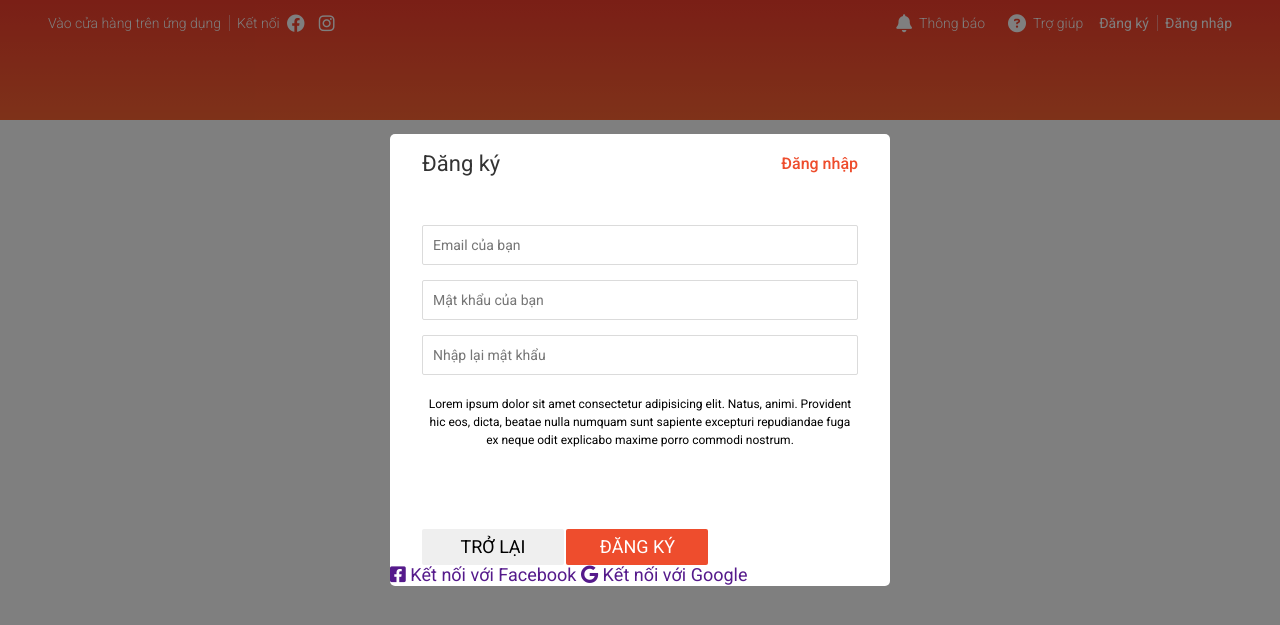
Repository: dptuyen1/F8-Tutorial
Page: index.html
The author's editor kept a copy of each file at every save. The page is drawn from the files as they stood at one save, then again after the next save.
The browser window is 1280 px wide. The pictures show the whole page.

Above is the page before, as saved 2023-05-08 17:13:43.

### index.html
<!DOCTYPE html>
<html lang="en">
  <head>
    <meta charset="UTF-8" />
    <meta http-equiv="X-UA-Compatible" content="IE=edge" />
    <meta name="viewport" content="width=device-width, initial-scale=1.0" />
    <title>Document</title>
    <link
      rel="stylesheet"
      href="https://cdnjs.cloudflare.com/ajax/libs/normalize/8.0.1/normalize.min.css"
      integrity="sha512-NhSC1YmyruXifcj/KFRWoC561YpHpc5Jtzgvbuzx5VozKpWvQ+4nXhPdFgmx8xqexRcpAglTj9sIBWINXa8x5w=="
      crossorigin="anonymous"
      referrerpolicy="no-referrer"
    />
    <link rel="stylesheet" href="assets/css/base.css" />
    <link rel="stylesheet" href="assets/css/main.css" />
    <link
      rel="stylesheet"
      href="assets/fonts/fontawesome-free-6.4.0-web/css/all.min.css"
    />
    <link rel="preconnect" href="https://fonts.googleapis.com" />
    <link rel="preconnect" href="https://fonts.gstatic.com" crossorigin />
    <link
      href="https://fonts.googleapis.com/css2?family=Roboto:wght@300;400;500;700&display=swap"
      rel="stylesheet"
    />
  </head>

  <body>
    <div class="app">
      <header class="header">
        <div class="grid">
          <nav class="header__navbar">
            <ul class="header__navbar-list">
              <li
                class="header__navbar-item header__navbar-item-has-qr header__navbar-item-separate"
              >
                Vào cửa hàng trên ứng dụng
                <div class="header__qr">
                  <img
                    src="assets/img/qr_code.png"
                    alt="QR Cođe"
                    class="header__qr-img"
                  />
                  <div class="header__qr-apps">
                    <a href="" class="header__qr-link">
                      <img
                        src="assets/img/google_play.png"
                        alt="Google Play"
                        class="header__qr-download-img"
                      />
                    </a>
                    <a href="" class="header__qr-link">
                      <img
                        src="assets/img/app_store.png"
                        alt="App Store"
                        class="header__qr-download-img"
                      />
                    </a>
                  </div>
                </div>
              </li>
              <li class="header__navbar-item">
                <span class="header__navbar-title-no-pointer">Kết nối</span>
                <a href="" class="header__navbar-icon-link">
                  <i class="header__navbar-icon fa-brands fa-facebook"></i>
                </a>
                <a href="" class="header__navbar-icon-link">
                  <i class="header__navbar-icon fa-brands fa-instagram"></i>
                </a>
              </li>
            </ul>
            <ul class="header__navbar-list">
              <li class="header__navbar-item header__navbar-item--has-notify">
                <a href="" class="header__navbar-item-link">
                  <a href="" class="header__navbar-icon-link">
                    <i class="header__navbar-icon fa-solid fa-bell"></i> </a
                  >Thông báo
                </a>
                <div class="header__notify">
                  <header class="header__notify-header">
                    <h3>Thông báo mới nhận</h3>
                  </header>
                  <ul class="header__notify-list">
                    <li class="header__notify-item">
                      <a href="" class="header_notify-link">
                        <img
                          src="assets/img/comestic.jpg"
                          alt=""
                          class="header__notify-img"
                        />
                        <div class="header__notify-info">
                          <span class="header_notify-name"
                            >Mỹ phẩm Ohui chính hãng</span
                          >
                          <span class="header__notify-description"
                            >Mô tả mỹ tả Ohui chính hãng</span
                          >
                        </div>
                      </a>
                    </li>
                    <li class="header__notify-item header__notify-item--read">
                      <a href="" class="header_notify-link">
                        <img
                          src="assets/img/comestic.jpg"
                          alt=""
                          class="header__notify-img"
                        />
                        <div class="header__notify-info">
                          <span class="header_notify-name"
                            >Mỹ phẩm Ohui chính hãng</span
                          >
                          <span class="header__notify-description"
                            >Mô tả mỹ tả Ohui chính hãng</span
                          >
                        </div>
                      </a>
                    </li>
                    <li class="header__notify-item">
                      <a href="" class="header_notify-link">
                        <img
                          src="assets/img/comestic.jpg"
                          alt=""
                          class="header__notify-img"
                        />
                        <div class="header__notify-info">
                          <span class="header_notify-name"
                            >Mỹ phẩm Ohui chính hãng</span
                          >
                          <span class="header__notify-description"
                            >Mô tả mỹ tả Ohui chính hãng</span
                          >
                        </div>
                      </a>
                    </li>
                  </ul>
                  <footer class="header__notify-footer">
                    <a href="" class="header__notify-footer-btn">Xem tất cả</a>
                  </footer>
                </div>
              </li>
              <li class="header__navbar-item">
                <a href="" class="header__navbar-item-link">
                  <a href="" class="header__navbar-icon-link">
                    <i
                      class="header__navbar-icon fa-solid fa-circle-question"
                    ></i></a
                  >Trợ giúp
                </a>
              </li>
              <li
                class="header__navbar-item header__navbar-item-bold header__navbar-item-separate"
              >
                Đăng ký
              </li>
              <li class="header__navbar-item header__navbar-item-bold">
                Đăng nhập
              </li>
            </ul>
          </nav>
        </div>
      </header>

      <div class="container"></div>

      <footer class="footer"></footer>
    </div>

    <!-- Modal layout -->
    <div class="modal">
      <div class="modal__overlay"></div>
      <div class="modal__body">
        <div class="modal__inner"></div>

        <!-- Authenticated Form -->
        <form class="auth-form">
          <div class="auth-form__container">
            <div class="auth-form__header">
              <h3 class="auth_form__heading">Đăng ký</h3>
              <span class="auth_form__switch-btn">Đăng nhập</span>
            </div>
            <div class="auth-form__form">
              <div class="auth-form__group">
                <input
                  type="text"
                  class="auth-form__input"
                  placeholder="Email của bạn"
                />
              </div>
              <div class="auth-form__group">
                <input
                  type="password"
                  class="auth-form__input"
                  placeholder="Mật khẩu của bạn"
                />
              </div>
              <div class="auth-form__group">
                <input
                  type="password"
                  class="auth-form__input"
                  placeholder="Nhập lại mật khẩu"
                />
              </div>
            </div>
            <div class="auth-form__aside">
              <p>
                Lorem ipsum dolor sit amet consectetur adipisicing elit. Natus,
                animi. Provident hic eos, dicta, beatae nulla numquam sunt
                sapiente excepturi repudiandae fuga ex neque odit explicabo
                maxime porro commodi nostrum.
              </p>
            </div>
            <div class="auth-form_controls">
              <button class="btn">TRỞ LẠI</button>
              <button class="btn btn--primary">ĐĂNG KÝ</button>
            </div>
          </div>

          <div class="auth-form_socials">
            <a href="" class="btn btn--with-icon">
              <i class="fa-brands fa-square-facebook"></i>
              Kết nối với Facebook
            </a>
            <a href="" class="btn btn--with-icon">
              <i class="fa-brands fa-google"></i>
              Kết nối với Google
            </a>
          </div>
        </form>
      </div>
    </div>
  </body>
</html>

### assets/css/base.css
:root {
  --primary-color: #ee4d2d;
  --white-color: #fff;
  --black-color: #000;
  --text-color: #333;
  --border-color: #dbdbdb;
}

* {
  box-sizing: inherit;
}

html {
  font-size: 62.5%;
  line-height: 1.6rem;
  font-family: "Roboto", sans-serif;
  box-sizing: border-box;
}

.grid {
  width: 1200px;
  max-width: 100%;
  /* căn giữa */
  margin: 0 auto;
}

.grid__full-width {
  width: 100%;
}

.grid__row {
  display: flex;
  flex-wrap: wrap;
}

/* Modal */
.modal {
  position: fixed;
  top: 0;
  right: 0;
  bottom: 0;
  left: 0;
  display: flex;
}

.modal__overlay {
  position: absolute;
  width: 100%;
  height: 100%;
  background-color: rgba(0, 0, 0, 0.5);
}

.modal__body {
  background-color: var(--white-color);
  margin: auto;
  position: relative;
  z-index: 1;
  border-radius: 5px;
}

.modal__inner {
}

/* Button style */
.btn {
  min-width: 142px;
  height: 36px;
  text-decoration: none;
  border: none;
  border-radius: 2px;
  cursor: pointer;
  font-size: 1.8rem;
}

.btn.btn--primary {
  color: var(--white-color);
  background-color: var(--primary-color);
}

/* Animation */
@keyframes fadeIn {
  from {
    opacity: 0;
  }

  to {
    opacity: 1;
  }
}

@keyframes notifyGrowth {
  from {
    opacity: 0;
    transform: scale(0);
  }

  to {
    opacity: 1;
    transform: scale(1);
  }
}

### assets/css/main.css
.header {
  height: 120px;
  background-image: linear-gradient(0, #fe6433, #f53e2d);
}

.header__navbar {
  display: flex;
  justify-content: space-between;
}

.header__navbar-list {
  list-style: none;
  padding-left: 0;
}

.header__navbar-item {
  margin: 0 8px;
  position: relative;
  min-height: 26px;
}

.header__navbar-item-has-qr:hover .header__qr {
  display: block;
}

.header__navbar-item,
.header__navbar-item-link {
  display: inline-block;
  font-size: 1.4rem;
  color: var(--white-color);
  text-decoration: none;
  font-weight: 300;
}

.header__navbar-list,
.header__navbar-item,
.header__navbar-item-link,
.header__navbar-icon-link {
  display: inline-flex;
  align-items: center;
}

.header__navbar-item:hover,
.header__navbar-item-link:hover,
.header__navbar-icon-link:hover {
  color: rgba(255, 255, 255, 0.5);
  cursor: pointer;
}

.header__navbar-item--has-notify:hover .header__notify {
  display: block;
}

.header__navbar-item-bold {
  font-weight: 400;
}

.header__navbar-item-separate::after {
  content: "";
  display: block;
  position: absolute;
  border-left: 1px solid #fb9086;
  height: 16px;
  right: -9px;
  top: 50%;
  transform: translateY(-50%);
}

.header__navbar-icon-link {
  color: var(--white-color);
  text-decoration: none;
}

.header__navbar-icon {
  font-size: 1.8rem;
  margin: 0 7px;
}

.header__navbar-title-no-pointer {
  cursor: text;
  color: var(--white-color);
}

/* Header QR Code  */
.header__qr {
  width: 185px;
  background-color: var(--white-color);
  position: absolute;
  left: 0;
  /* cao bằng thẻ chứa nó */
  top: 150%;
  padding: 8px;
  border-radius: 2px;
  display: none;
  animation: fadeIn ease-in 0.5s;
}

.header__qr::before {
  content: "";
  display: block;
  position: absolute;
  width: 100%;
  height: 20px;
  left: 0;
  top: -20px;
}

.header__qr-img {
  width: 100%;
}

.header__qr-apps {
  display: flex;
  justify-content: space-between;
}

.header__qr-link:first-child {
  margin-left: 11px;
}

.header__qr-link:last-child {
  margin-right: 11px;
}

.header__qr-download-img {
  height: 15px;
}

/* Header notification */

.header__notify {
  position: absolute;
  top: 150%;
  right: 0;
  width: 405px;
  background-color: var(--white-color);
  border: 1px solid #d3d3d3;
  border-radius: 2px;
  cursor: default;
  transform-origin: top right;
  display: none;
  animation: notifyGrowth ease-in 0.5s;
}

.header__notify::before {
  content: "";
  border-width: 20px 30px;
  border-style: solid;
  border-color: transparent transparent var(--white-color) transparent;
  position: absolute;
  right: 0;
  top: -30px;
}

.header__notify::after {
  content: "";
  display: block;
  position: absolute;
  right: 0;
  top: -20px;
  width: 100%;
  height: 20px;
}

.header__notify-header {
  height: 40px;
  background-color: var(--white-color);
}

.header__notify-header h3 {
  color: #999;
  margin: 0 0 0 12px;
  font-weight: 400;
  font-size: 1.4rem;
  line-height: 40px;
}

.header__notify-list {
  padding-left: 0;
}

.header__notify-item {
  display: flex;
}

.header__notify-item:hover {
  background-color: #f7f7f7;
}

.header__notify-item--read {
  background-color: rgba(238, 77, 45, 0.2);
}

.header_notify-link {
  width: 100%;
  display: flex;
  padding: 12px;
  text-decoration: none;
}

.header__notify-img {
  width: 50px;
  object-fit: contain;
}

.header__notify-info {
  margin-left: 12px;
}

.header_notify-name {
  display: block;
  font-size: 1.4rem;
  color: var(--black-color);
  font-weight: 400;
}

.header__notify-description {
  display: block;
  font-size: 1.2rem;
  line-height: 2rem;
  color: #756f6e;
  margin-top: 10px;
}

.header__notify-footer {
  display: flex;
}

.header__notify-footer-btn {
  text-decoration: none;
  color: var(--text-color);
  margin: 0 auto;
  padding: 10px;
  font-size: 1.4rem;
  font-weight: 400;
}

/* Authenticated modal */
.auth-form {
  width: 500px;
}

.auth-form__container {
  padding: 0 32px;
}

.auth-form__header {
  display: flex;
  align-items: center;
  justify-content: space-between;
}

.auth_form__heading {
  font-size: 2.2rem;
  font-weight: 400;
  color: var(--text-color);
}

.auth_form__switch-btn {
  font-size: 1.6rem;
  color: var(--primary-color);
  font-weight: 500;
  cursor: pointer;
}

.auth-form__form {
  margin-top: 16px;
}

.auth-form__group {
}

.auth-form__input {
  width: 100%;
  height: 40px;
  margin-top: 15px;
  padding: 0 10px;
  font-size: 1.4rem;
  border: 1px solid var(--border-color);
  border-radius: 2px;
  outline: none;
}

.auth-form__input:focus {
  border-color: #777;
}

.auth-form__aside {
  margin-top: 20px;
}

.auth-form__aside p {
  font-size: 1.2rem;
  line-height: 1.8rem;
  text-align: center;
}

.auth-form_controls {
  margin-top: 80px;
}

.btn {
}

.btn--primary {
}

.auth-form_socials {
}

.btn--with-icon {
}

.fa-brands {
}

.fa-square-facebook {
}

.fa-google {
}

Loaded but not shown: assets/fonts/fontawesome-free-6.4.0-web/css/all.min.css (library)

After the next save:
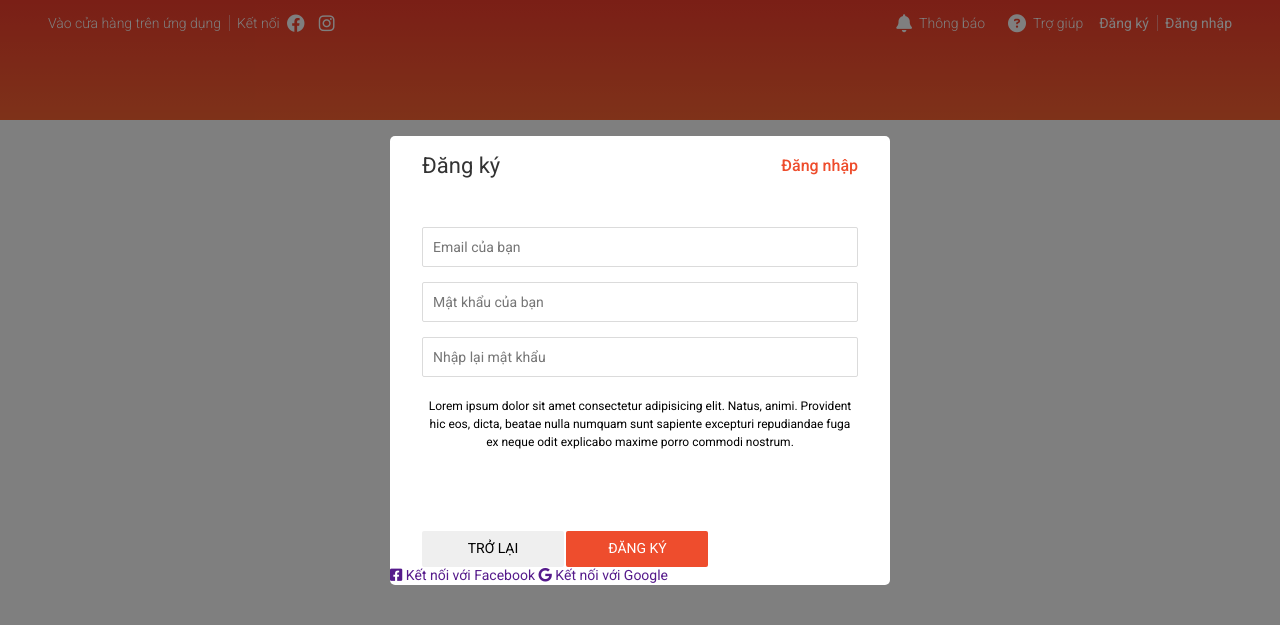
Saved 4 s later.
--- a/assets/css/base.css
+++ b/assets/css/base.css
@@ -69,7 +69,7 @@ html {
   border: none;
   border-radius: 2px;
   cursor: pointer;
-  font-size: 1.8rem;
+  font-size: 1.4rem;
 }
 
 .btn.btn--primary {
